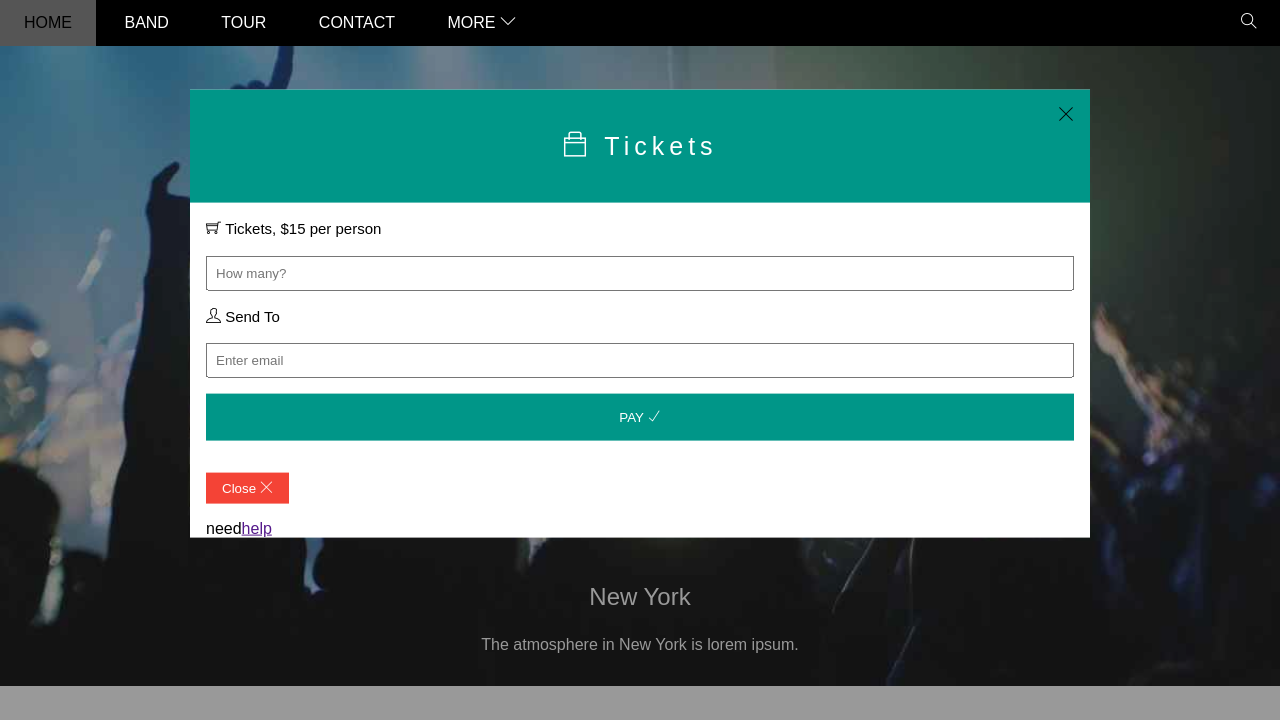
Repository: tung1233hhhhhhhhhhhhh/Website
Page: w3_band/index.html
These files come from the project's save history. The page is drawn as it stood at one moment and after the next save; the edit follows.
The browser window is 1280 px wide. The pictures show the window.
A layer covers the whole window, so only the first screen is drawn.

Above is the page before, as saved 2023-02-18 21:51:50.

### w3_band/index.html
<!DOCTYPE html>
<html lang="en">

<head>
    <meta charset="UTF-8">
    <meta http-equiv="X-UA-Compatible" content="IE=edge">
    <meta name="viewport" content="width=device-width, initial-scale=1.0">
    <title>Document</title>
    <link rel="stylesheet" href="./assets/css/style.css">
    <link rel="stylesheet" href="/w3_band/assets/fonts/themify-icons/themify-icons.css">
    <link rel="stylesheet" href="./modal.js">
</head>

<body>
    <div id="main">
        <div id="header">
            <div id="nav">
                <ul>
                    <li><a href="">Home</a></li>
                    <li><a href="">Band</a></li>
                    <li><a href="">Tour</a></li>
                    <li><a href="">Contact</a></li>
                    <li class="icon">
                        <a href="">
                            More
                            <i class="ti-angle-down"></i>
                        </a>
                        <div class="subnav">
                            <ul>
                                <li><a href="">Merchandise</a></li>
                                <li><a href="">Extras</a></li>
                                <li><a href="">Media</a></li>
                            </ul>
                        </div>
                    </li>
                </ul>
                <div class="icon-search">
                    <i class="ti-search"></i>
                </div>
            </div>
        </div>

        <div id="slider">
            <div class="silder-content">
                <h2 class="silder-heading">New York</h2>
                <p class="silder-discreption">The atmosphere in New York is lorem ipsum.</p>
            </div>
        </div>

        <div id="content">
            <!-- about content -->
            <div class="content-selection">
                <h2 class="text-heading">THE BAND</h2>
                <p class="text-sub-heading">We love music</p>
                <p class="text-content">
                    We have created a fictional band website. Lorem ipsum dolor sit amet, consectetur adipiscing elit,
                    sed do eiusmod tempor incididunt ut labore et dolore magna aliqua. Ut enim ad minim veniam, quis
                    nostrud exercitation ullamco laboris nisi ut aliquip ex ea commodo consequat. Duis aute irure dolor
                    in reprehenderit in voluptate velit esse cillum dolore eu fugiat nulla pariatur. Excepteur sint
                    occaecat cupidatat non proident, sunt in culpa qui officia deserunt mollit anim id est laborum
                    consectetur adipiscing elit, sed do eiusmod tempor incididunt ut labore et dolore magna aliqua. Ut
                    enim ad minim veniam, quis nostrud exercitation ullamco laboris nisi ut aliquip ex ea commodo
                    consequat.
                </p>
                <!-- img -->
                <div class="team-selection">
                    <div class="sub-selection">
                        <p class="text-selection">Team</p>
                        <img src="/w3_band/assets/img/name.jpg" alt="" class="img-selection">
                    </div>

                    <div class="sub-selection">
                        <p class="text-selection">Team</p>
                        <img src="/w3_band/assets/img/name.jpg" alt="" class="img-selection">
                    </div>

                    <div class="sub-selection">
                        <p class="text-selection">Team</p>
                        <img src="/w3_band/assets/img/name.jpg" alt="" class="img-selection">
                    </div>
                </div>
            </div>

            <!-- tour content -->

            <div class="content-tour">
                <div class="tour-body">
                    <div class="content-selection">
                        <h2 class="text-heading">TOUR DATES</h2>
                        <p class="text-sub-heading">Remember to book your tickets!</p>
                    </div>

                    <ul class="tour-text">
                        <li>
                            September
                            <span>Sold out</span>
                        </li>
                        <li>
                            October
                            <span>Sold out</span>
                        </li>
                        <li>
                            November
                            <span class="number">3</span>
                        </li>
                    </ul>

                    <div class="tour-list">
                        <div class="tourimg-selection">
                            <img src="/w3_band/assets/img/anh1.jpg" alt="">
                            <div class="container">
                                <p>
                                    <b>New York</b>
                                </p>
                                <p style="opacity: 0.6;">Fri 27 Nov 2016</p>
                                <p>Praesent tincidunt sed tellus ut rutrum sed vitae justo.</p>
                                <button> Buy Tickets</button>
                            </div>


                        </div>
                        <div class="tourimg-selection">
                            <img src="/w3_band/assets/img/anh2.jpg" alt="">
                            <div class="container">
                                <p>
                                    <b>Paris</b>
                                </p>
                                <p style="opacity: 0.6;">Sat 28 Nov 2016</p>
                                <p>Praesent tincidunt sed tellus ut rutrum sed vitae justo.</p>
                                <button> Buy Tickets</button>
                            </div>
                        </div>
                        <div class="tourimg-selection">
                            <img src="/w3_band/assets/img/anh3.jpg" alt="">
                            <div class="container">
                                <p>
                                    <b>San Francisco</b>
                                </p>
                                <p style="opacity: 0.6;">Sun 29 Nov 2016</p>
                                <p>Praesent tincidunt sed tellus ut rutrum sed vitae justo.</p>
                                <button> Buy Tickets</button>
                            </div>
                        </div>
                    </div>
                </div>
            </div>

            <!-- contact content -->

            <div class="contact-content">
                <div class="content-selection">
                    <h2 class="text-heading">CONTACT</h2>
                    <p class="text-sub-heading">Fan? Drop a note!</p>
                    <div class="contact">
                        <div class="contact-left">
                            <i class="ti-location-pin"></i>
                            Chicago, US
                            <br>
                            <i class="ti-mobile"></i>
                            Phone: +00 151515
                            <br>
                            <i class="ti-email"></i>
                            Email: mail@mail.com
                        </div>
                        <div class="contact-right">
                            <form action="">
                                <div class="account">
                                    <input type="text" placeholder="Name">
                                    <input type="text" placeholder="Email">
                                </div>
                                <input class="mes" type="text" placeholder="Message">
                                <button>SEND</button>
                            </form>
                        </div>
                    </div>
                </div>

            </div>

            <!-- image of location/map -->

            <div class="banner-image">
                <img src="/w3_band/assets/img/map.jpg" alt="">

            </div>


        </div>

        <div id="footer">
            <i class="ti-facebook"></i>
            <i class="ti-instagram"></i>
            <i class="ti-vimeo-alt"></i>
            <i class="ti-pinterest"></i>
            <i class="ti-twitter-alt"></i>
            <i class="ti-linkedin"></i>
            <p>Powered by <a href="">w3.css</a></p>
        </div>
    </div>
    <div class="modal">
        <div class="modal-container">
            <div class="modal-close">
                <i class="ti-close"></i>
            </div>
            <header>
                <i class="ti-bag"></i>
                Tickets

            </header>
            <div class="modal-body">
                <label for="" class="modal-lable">
                    <i class="ti-shopping-cart"></i>
                    Tickets, $15 per person
                </label>
                <input type="text" class="input-lable" placeholder="How many?">
                <label for="" class="modal-lable">
                    <i class="ti-user"></i>
                    Send To
                </label>
                <input type="text" class="input-lable" placeholder="Enter email">
                <button class="modal-button">PAY
                    <i class="ti-check"></i>
                </button>
                <button class="modal_button-close">Close
                    <i class="ti-close"></i>
                </button>
                <p>need<a href="">help</a></p>
            </div>

        </div>
    </div>


</body>

</html>

### w3_band/assets/css/style.css
* {
    padding: 0;
    margin: 0;
    box-sizing: border-box;
}

html {
    font-family: Arial, Helvetica, sans-serif;
}

#main {}

#header {
    height: 46px;
    background-color: #000;
    position: fixed;
    top: 0;
    right: 0;
    left: 0;
    z-index: 1;
}

#nav li {
    display: inline-block;
    position: relative;
}

#nav li:hover .subnav {
    display: block;
}

#nav>ul>li:hover>a>i,
#nav .subnav li:hover,
#nav>ul>li:hover>a {
    color: #000;
    background-color: #555;
}

#nav .subnav {
    display: none;
    position: absolute;
    background-color: #FFF;
    box-shadow: 0 0 20px rgba(0, 0, 0, 0.4);
}

#nav .subnav a {
    color: #000;
    padding: 0 12px;
    line-height: 38px;
}

#nav .subnav ul li {
    display: block;
    min-width: 150px;
}

#nav>ul>li>a {
    color: #fff;
    text-transform: uppercase;
}

#nav ul {
    display: inline-block;
}

#nav li a {
    text-decoration: none;
    line-height: 46px;
    padding: 0 24px;
    display: block;
}

#nav i {
    color: #fff;
    width: 20px;
}

#header .icon-search {
    display: block;
    float: right;
    line-height: 46px;
    padding: 0 23px;
}

#header .icon-search:hover {
    cursor: pointer;
    background-color: #f44336;
}

#slider {
    margin-top: 46px;
    padding-top: 50%;
    background: url(/w3_band/assets/img/ny.jpg) top center / cover no-repeat;
    position: relative;
}

.silder-content {
    position: absolute;
    bottom: 0;
    color: #fff;
    padding-bottom: 32px;
    text-align: center;
    width: 100%;
}

.silder-heading {
    font-weight: 500;
}

.silder-discreption {
    margin-top: 25px;
}

#content {}

#content .content-selection {
    padding: 64px 0px;
    margin-left: auto;
    margin-right: auto;
    width: 800px;
}

#content .content-selection .text-heading {
    text-align: center;
    font-size: 30px;
    font-weight: 500;
    letter-spacing: 4px;
}

#content .content-selection .text-sub-heading {
    text-align: center;
    font-size: 15px;
    margin-top: 25px;
    opacity: 0.6;
    font-style: italic;
}

#content .content-selection .text-content {
    font-size: 15px;
    margin-top: 25px;
    text-align: justify;
    line-height: 1.4;
}

#content .content-selection .team-selection {
    padding-top: 47px;
    padding-bottom: 32px;
    justify-items: space-between;
}

#content .team-selection .sub-selection {
    display: inline-block;
    text-align: center;
}

#content .sub-selection p {
    margin: 15px 0;
}



#content .team-selection .img-selection {
    width: 60%;
    border-radius: 4px;
    margin-bottom: 16px;
}

/* tour content  */


#content .content-tour {
    height: 850px;
    background-color: #000;
    color: #fff;
}

#content .content-tour .tour-body {
    width: 800px;
    margin-left: auto;
    margin-right: auto;
}

#content .content-tour .tour-text {
    background-color: #FFF;
    display: block;
    color: #000;
}

#content .tour-text>li {
    height: 22, 5px;
    padding: 8px 16px;
    list-style: none;
}

#content .tour-text>li:first-child {
    border-bottom: 1px solid #999;
}

#content .tour-text>li:last-child {
    border-top: 1px solid #999;
}

#content .tour-text span {
    /* border-radius: 4px; */
    display: inline-block;
    background-color: red;
    padding: 4px;
    margin-left: 4px;
    color: #fff;
}

#content .tour-text .number {
    /* margin-left: 50px; */
    background-color: black;
    float: right;
    border-radius: 50%;
    margin-top: -3px;
}

#content .tour-list {
    padding: 32px 0;
    right: 0;
    left: 0;
    margin: 0 -8px;
    position: relative;
}

#content .tourimg-selection {
    width: 33.33333%;
    float: left;
    padding: 0 8px;
    justify-content: space-between;
}

#content .tourimg-selection .container {
    /* text-align: center; */
    background-color: #fff;
    color: #000;
    height: 204px;
    padding-left: 16px;
    font-size: 15px;
    line-height: 1.5;
    margin-top: -4px;
    margin-bottom: 15px;
}



#content .tourimg-selection .container>p {
    padding-top: 15px;
}

#content .tourimg-selection .container button {
    color: #fff;
    background-color: #000;
    margin-top: 15px;
    text-align: center;
    cursor: pointer;
    white-space: nowrap;
    border: none;
    display: inline-block;
    padding: 8px 16px;
    vertical-align: middle;
    overflow: hidden;
    text-decoration: none;
}

#content .container button:hover {
    background-color: #ccc;
    color: #000;
}

#content .tourimg-selection img {
    width: 100%;
    background-image: cover;
}

/* contact content */


#content .contact-content {
    padding: 45px 0;
}

#content .contact {
    padding-top: 47px;
    padding-bottom: 32px;
}

#content .contact .contact-left {
    width: 49%;
    display: inline-block;
    font-size: 18px;
}

#content .contact .contact-left i {
    display: inline-block;
    font-size: inherit;
    width: 30px;
    line-height: 1.5;
}

#content .contact .contact-right {
    width: 49%;
    /* display: inline-block; */
    float: right;
}


.contact .contact-right form {
    width: 400px;
    position: relative;
    display: inline-block
}

.contact .contact-right form .account {
    margin-bottom: 10px;
}

.contact .contact-right .account input {
    padding: 8px;
    margin-right: 16px;
}

.contact .contact-right form .mes {
    width: 95.7%;
    padding: 8px;
}

.contact .contact-right form button {
    /* position: absolute; */
    margin: 16px 0;
    padding: 8px 16px;
    margin-left: 309px;
    background-color: black;
    color: #fff;
}

.contact .contact-right form button:hover {
    cursor: pointer;
    background-color: #ccc;
    color: black;
    border: none;
}

/* image of location/map */

.banner-image img {
    width: 100%;
    filter: grayscale(50%);
}

#content {}


#footer {
    padding: 64px 16px;
    text-align: center;
    justify-content: center;
    opacity: 0.6;
}

#footer p {
    margin: 30px 0;
    display: block;
    font-size: 15px;
}

#footer i {
    font-size: 25px;

    display: inline-block;
    text-rendering: auto;
}


.modal {
    position: fixed;
    top: 0;
    left: 0;
    right: 0;
    bottom: 0;

    background-color: rgba(0, 0, 0, 0.4);
}

.modal .modal-container {
    width: 900px;
    /* height: 400px; */
    background-color: #FFF;
    margin: 0 auto;
    transform: translateY(20%);
    position: relative;
}

.modal .modal-container .modal-close {
    position: absolute;
    right: 0;
    padding: 16px;
}

.modal .modal-container .modal-close:hover {
    cursor: pointer;
    background-color: #ccc;
    color: black;
}

.modal header {
    width: 900px;
    padding: 42px 16px;
    background-color: #009688;
    font-size: 25px;
    color: #FFF;
    letter-spacing: 5px;
    text-align: center;
    align-items: center;
}

.modal .modal-body {
    width: 100%;
    padding: 0 16px;
}

.modal .modal-body .modal-lable {
    display: block;
    margin-top: 15px;
    margin-bottom: 15px;
    font-size: 15px;
    line-height: 1.5;
}

.modal .modal-body .input-lable {
    width: 100%;
    padding: 8px;
}

.modal .modal-body .modal-button {
    width: 100%;
    margin-top: 16px;
    margin-bottom: 16px;
    padding: 16px;
    background-color: #009688;
    color: #FFF;
    border: none;
}

.modal .modal-body .modal-button:hover {
    color: #000;
    background-color: #ccc;
    cursor: pointer;
}

.modal .modal_button-close {
    /* width: 50px; */
    margin-top: 16px;
    margin-bottom: 16px;
    padding: 8px 16px;
    background-color: #f44336;
    border: none;
    color: #FFF;
}

Loaded but not shown: w3_band/assets/fonts/themify-icons/themify-icons.css (common file); w3_band/modal.js (no stored copy; drawn as an empty file)

After the next save:
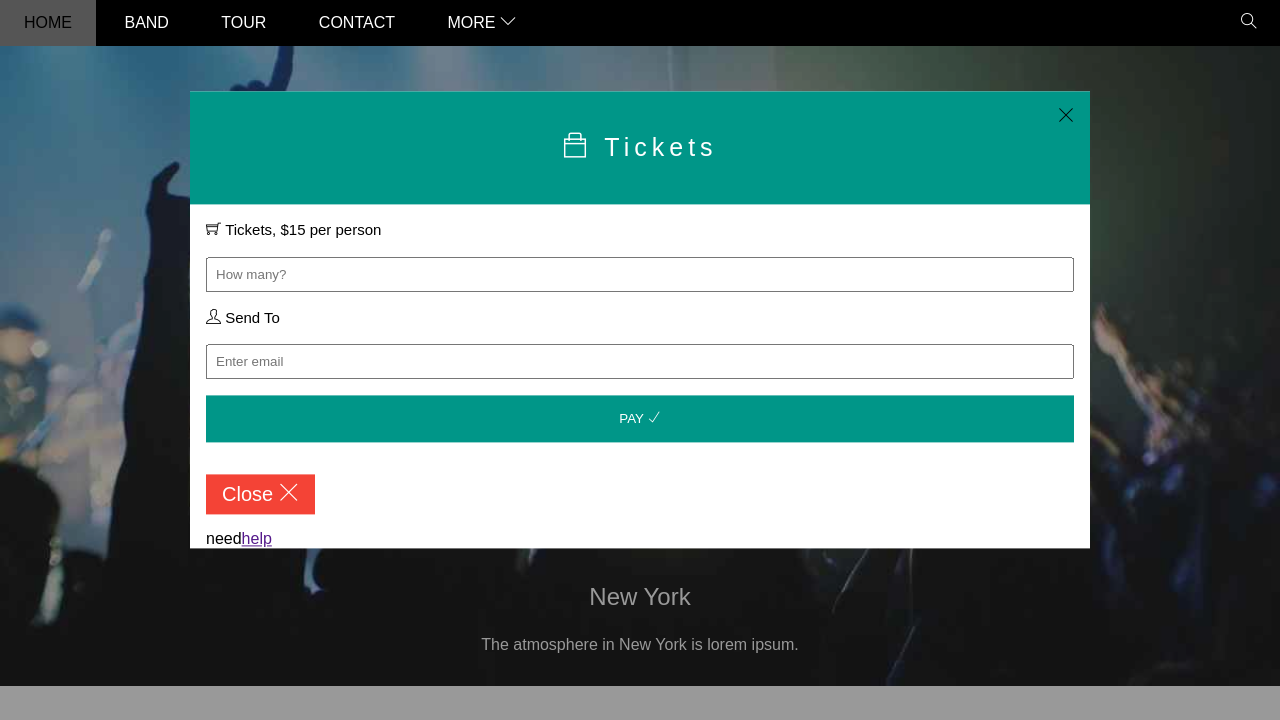
Saved 36 s later.
--- a/w3_band/assets/css/style.css
+++ b/w3_band/assets/css/style.css
@@ -458,4 +458,5 @@
     background-color: #f44336;
     border: none;
     color: #FFF;
-}
+    font-size: 20px;
+}
